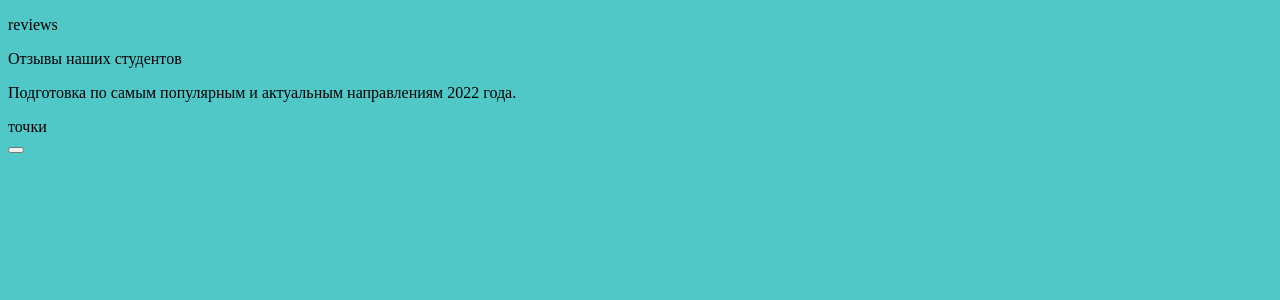
Repository: Malvuna/Studi
Page: index.html
An editor plug-in stored every save of this project. The page is shown before and after the next save, followed by the edit.
The browser window is 1280 px wide. The pictures show the whole page.

Above is the page before, as saved 2022-07-11 14:21:50.

### index.html

<!DOCTYPE html>
<html lang="en">
  <head>
    <meta charset="UTF-8" />
    <meta http-equiv="X-UA-Compatible" content="IE=edge" />
    <meta name="viewport" content="width=device-width, initial-scale=1.0" />
    <link rel="stylesheet" href="./css/style.css" />
    <link rel="preconnect" href="https://fonts.googleapis.com">
    <link rel="preconnect" href="https://fonts.gstatic.com" crossorigin>
    <link href="https://fonts.googleapis.com/css2?family=Caveat:wght@400;600;700&family=Inter:wght@400;600;700&display=swap" rel="stylesheet">
  <body>
    <header>
    </header>

    <main>
      <p>reviews</p>
      <p>Отзывы наших студентов</p>
      <p>Подготовка по самым популярным и актуальным направлениям 2022 года.</p>
      <div></div>
      <div>точки</div>
      <button></button>
    </main>


    <footer>

    </footer>

  </body>
  <script type="module" src="./javascript/javascript.js"></script>
</html>

### css/style.css

body{
 width: 1086px;
 background-color: rgb(80, 200, 200);
}

Loaded but not shown: javascript/javascript.js (empty)

After the next save:
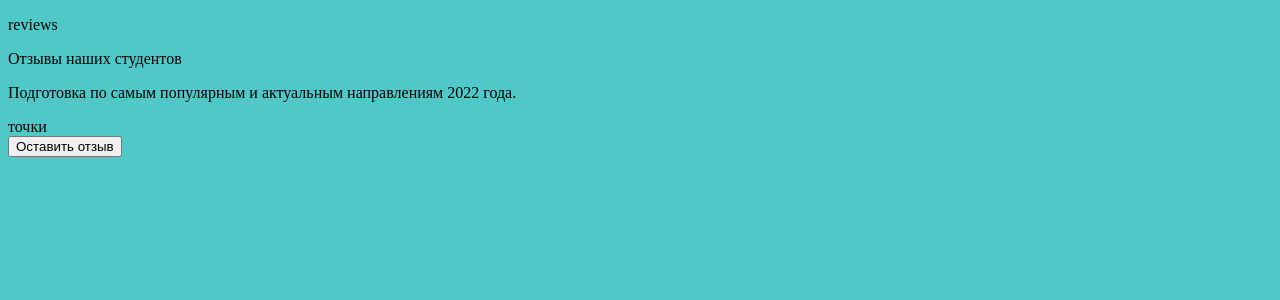
Saved 10 s later.
--- a/index.html
+++ b/index.html
@@ -19,7 +19,7 @@
       <p>Подготовка по самым популярным и актуальным направлениям 2022 года.</p>
       <div></div>
       <div>точки</div>
-      <button></button>
+      <button>Оставить отзыв</button>
     </main>
 
 
